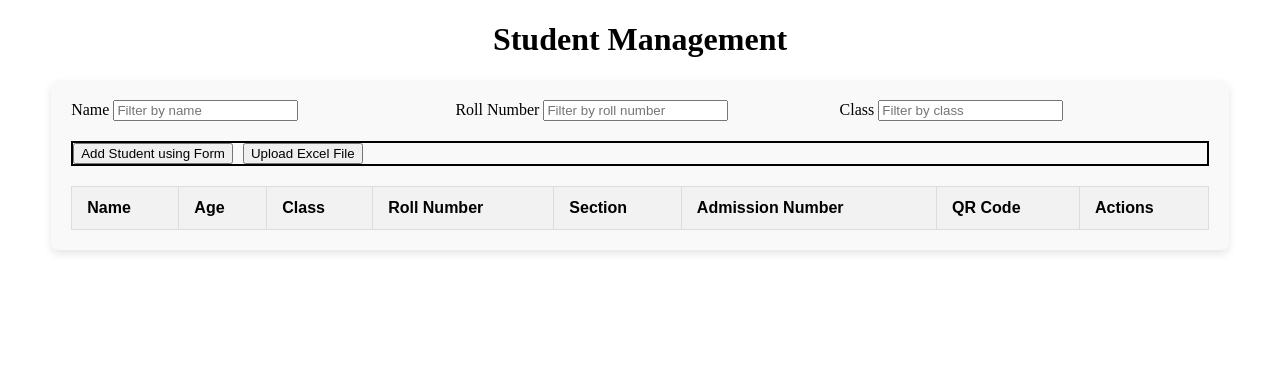
Repository: Hitesh8980/Student_Management
Page: / (app in Front-end/)
The author's editor kept a copy of each file at every save. The page is drawn from the files as they stood at one save, then again after the next save.
The browser window is 1280 px wide. The pictures show the whole page.
The page's requests for data from a server got no answer. The project was rebuilt for these pictures with package versions that can differ from the ones it lists, and the page was loaded fresh each time. No one was signed in, and anything a server would have sent is missing. Also part of the build but not shown: Front-end/vite.config.js, Front-end/src/components/QrcodeGenerator.jsx, Front-end/src/components/StudentForm.jsx, Front-end/src/components/Fileupload.jsx.

Above is the page before, as saved 2024-09-18 17:00:17.

After the next save:
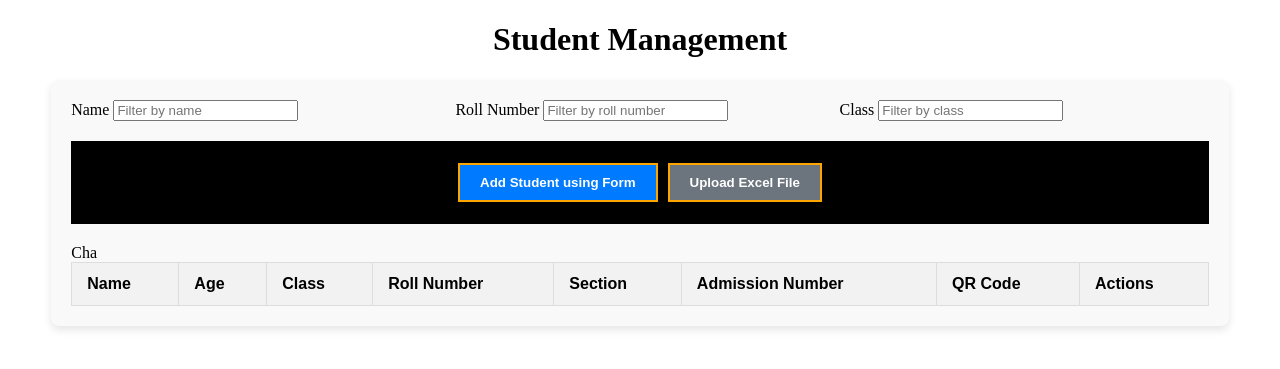
Saved 75 s later.
--- a/Front-end/src/components/Studentlist.jsx
+++ b/Front-end/src/components/Studentlist.jsx
@@ -117,19 +117,48 @@ function StudentList() {
 </Form>
 
       {/* Buttons to toggle forms */}
-      <div className="button-group" style={{ margin: "20px 0",border:'2px solid black' }}>
-        <Button variant="primary" onClick={toggleForm}>
-          Add Student using Form
-        </Button>
-        <Button
-          variant="secondary"
-          onClick={toggleFileUpload}
-          style={{ marginLeft: "10px" }}
-        >
-          Upload Excel File
-        </Button>
-      </div>
-
+      <div
+  className="button-group"
+  style={{
+    margin: "20px 0",
+    padding: "20px",
+    border: "2px solid black",
+    backgroundColor: "black",
+    display: "flex",
+    justifyContent: "center", // Center the buttons
+    gap: "10px", // Add space between buttons
+  }}
+>
+  <Button
+    variant="primary"
+    onClick={toggleForm}
+    style={{
+      backgroundColor: "#007bff",
+      border: "2px solid orange", // Orange border
+      color: "#fff",
+      padding: "10px 20px", // Increase size
+      fontWeight: "bold", // Make text bold
+      transition: "all 0.3s ease", // Smooth transition on hover
+    }}
+  >
+    Add Student using Form
+  </Button>
+  <Button
+    variant="secondary"
+    onClick={toggleFileUpload}
+    style={{
+      backgroundColor: "#6c757d",
+      border: "2px solid orange", // Orange border
+      color: "#fff",
+      padding: "10px 20px", // Increase size
+      fontWeight: "bold",
+      transition: "all 0.3s ease",
+    }}
+  >
+    Upload Excel File
+  </Button>
+</div>
+Cha
       {/* Conditionally rendering the Student Form */}
       {showForm && (
         <Collapse in={showForm}>
